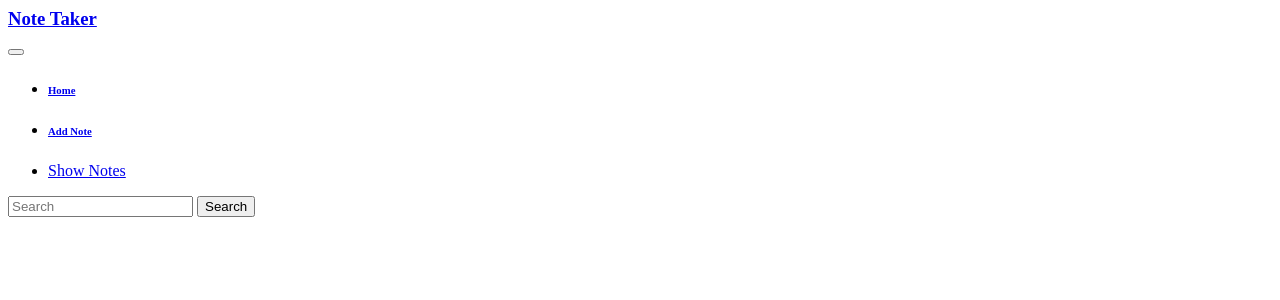
Repository: aadilnoor/Hibernate_learning
Page: http://localhost/NoteTakerProjectHibernate/navbar.jsp
An editor plug-in stored every save of this project. The page is shown before and after the next save, followed by the edit.
The browser window is 1280 px wide. The pictures show the whole page.
The page is served by Tomcat 9.

Above is the page before, as saved 2024-02-01 10:49:10.

After the next save:
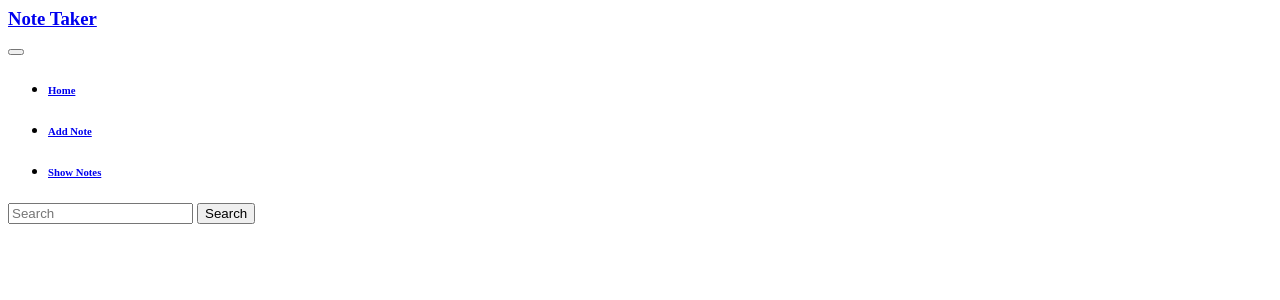
Saved 36 s later.
--- a/NoteTakerProjectHibernate/src/main/webapp/navbar.jsp
+++ b/NoteTakerProjectHibernate/src/main/webapp/navbar.jsp
@@ -26,7 +26,7 @@
           </ul>
         </li> -->
 				<li class="nav-item"><a class="nav-link enabled active" href="all_notes.jsp"
-					tabindex="-1" aria-disabled="true">Show Notes</a></li>
+					tabindex="-1" aria-disabled="true"><h6>Show Notes</h6></a></li>
 			</ul>
 			<form class="d-flex">
 				<input class="form-control me-2" type="search" placeholder="Search"
